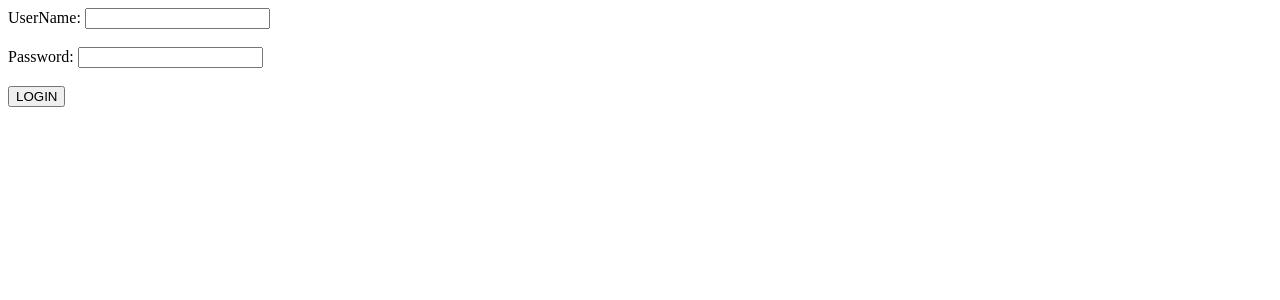
Repository: KnOX-07/eclipse-workspace
Page: LoginPage/src/main/webapp/login.html
These files come from the project's save history. The page is drawn as it stood at one moment and after the next save; the edit follows.
The browser window is 1280 px wide. The pictures show the whole page.

Above is the page before, as saved 2024-08-08 12:12:52.

### LoginPage/src/main/webapp/login.html
<!DOCTYPE html>
<html>
<head>
<meta charset="ISO-8859-1">
<title>Login Page</title>
</head>
<body>
    <form action="LoginServlet" method="post">
        <label for="username">UserName:</label>
        <input type="text" id="username" name="username" required><br><br>
        <label for="password">Password:</label>
        <input type="password" id="password" name="password" required><br><br>
        <input type="submit" value="LOGIN">
    </form>
</body>
</html>

After the next save:
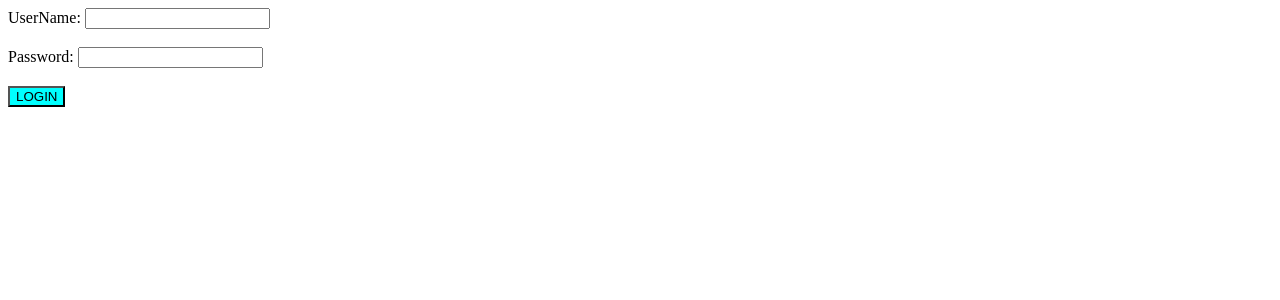
Saved 4 min 45 s later.
--- a/LoginPage/src/main/webapp/login.html
+++ b/LoginPage/src/main/webapp/login.html
@@ -10,7 +10,7 @@
         <input type="text" id="username" name="username" required><br><br>
         <label for="password">Password:</label>
         <input type="password" id="password" name="password" required><br><br>
-        <input type="submit" value="LOGIN">
+        <input type="submit" value="LOGIN" style="background-color: cyan;">
     </form>
 </body>
 </html>
